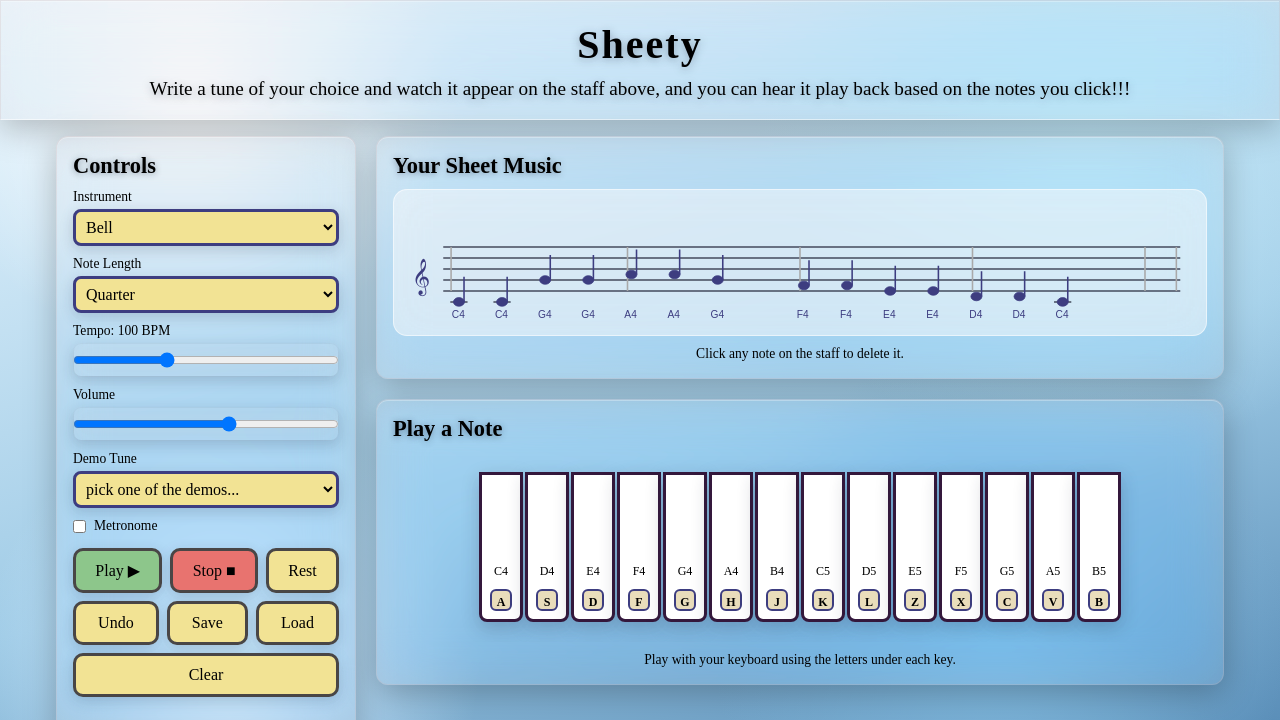
Repository: manayparikh1/sheety
Page: index.html
An editor plug-in stored every save of this project. The page is shown before and after the next save, followed by the edit.
The browser window is 1280 px wide. The pictures show the whole page.
An inner scrolling area shows only its first screen.

Above is the page before, as saved 2026-08-24 20:05:55.

After the next save:
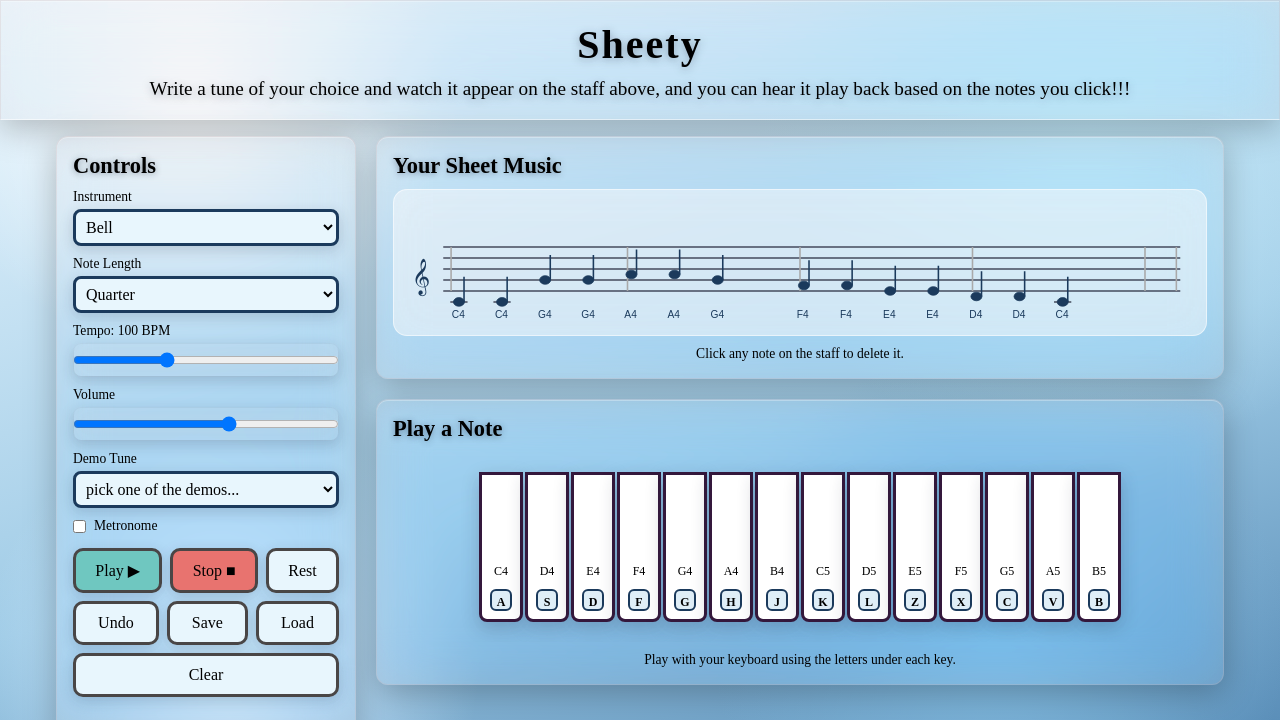
Saved 5 min 5 s later.
--- a/index.html
+++ b/index.html
@@ -13,17 +13,17 @@
         }
 
         :root {
-            --cream: #e9ddbb;
+            --cream: #dfeef7;
             --paper: #ffffff;
-            --navy: #3d3d80;
+            --navy: #1b3a5c;
             --red: #e8736f;
-            --blue: #4979ad;
-            --green: #8dc68b;
-            --yellow: #f2e394;
-            --orange: #ffad66;
+            --blue: #2f6690;
+            --green: #6fc7c0;
+            --yellow: #e8f6fd;
+            --orange: #79c8ea;
             --darkpurple: #34183c;
             --grey: #a9a9a9;
-            --purple: #8e7cc3;
+            --purple: #9db8e8;
             --black-key: #494646;
             --line-black: #222222;
             --glass: rgba(255, 255, 255, 0.18);
